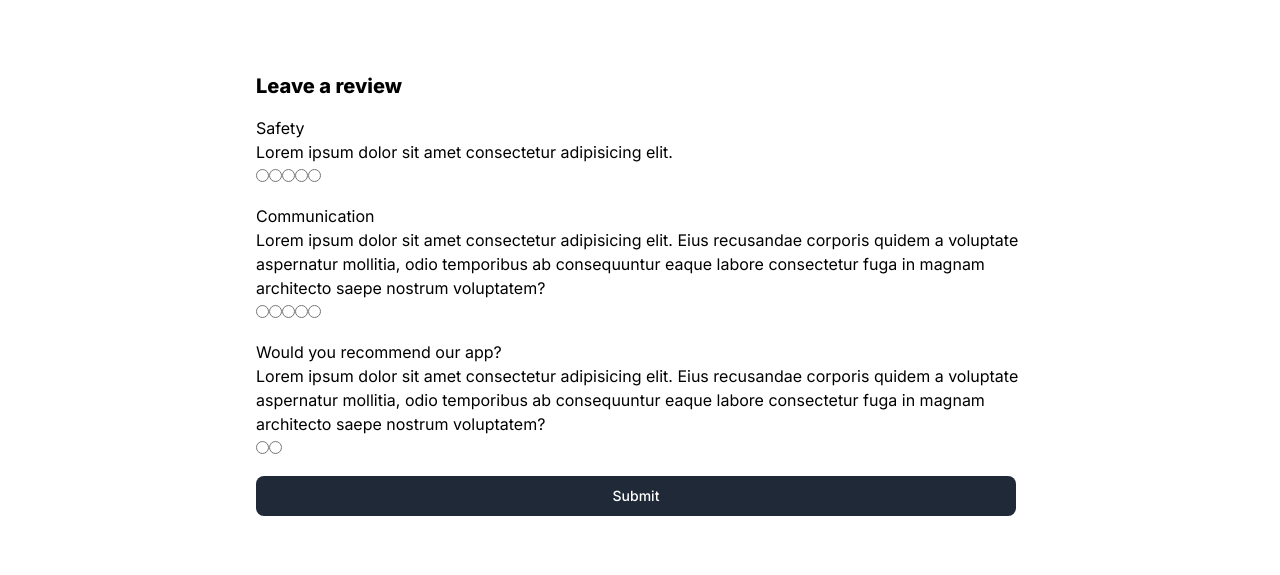
Repository: akankshaajoshi/review-form
Page: /review
These files come from the project's save history. The page is drawn as it stood at one moment and after the next save; the edit follows.
The browser window is 1280 px wide. The pictures show the whole page.
The project was rebuilt for these pictures with package versions that can differ from the ones it lists, and the page was loaded fresh each time. The framework's server and built-in components were replaced by stand-ins that run in the browser. Also part of the build but not shown: next.config.mjs.

Above is the page before, as saved 2024-05-25 12:33:01.

### app/(routes)/review/page.tsx
'use client'
import { useFormState, useFormStatus } from "react-dom";
import {createReview} from "@/app/actions"

const initialState = {
    message: null,
}

function SubmitButton(){
    const {pending} = useFormStatus();
    return (
        <button type="submit" className="text-white bg-gray-800 hover:bg-gray-900 focus:outline-none focus:ring-4 focus:ring-gray-300 font-medium rounded-lg text-sm px-5 py-2.5 me-2 mb-2 dark:bg-gray-800 dark:hover:bg-gray-700 dark:focus:ring-gray-700 dark:border-gray-700" aria-disabled={pending}>
            Submit
        </button>
    )
}

export default function Review(){
    const ratings = [1, 2, 3, 4, 5];
    const [state, formAction] = useFormState(createReview, initialState);
    return (
        <div className="flex flex-col items-center w-[100vw] h-[100vh]">
            <div className="flex flex-col gap-y-4 items-left mt-[10vh] h-[80vh] w-[60vw]">
            <h2 className="text-xl font-extrabold">Leave a review</h2>
            {state?.message}
            <form action={formAction} className="flex flex-col gap-y-4">
                <fieldset>
                    <label htmlFor="safety">Safety</label>
                    <p>Lorem ipsum dolor sit amet consectetur adipisicing elit. </p>
                    {ratings.map((item, index) =>{
                        return (
                            <input key={index} type="radio" name="safety" id={item.toString()} value={item}/>
                        )
                    })}
                </fieldset>
                <fieldset>
                    <label htmlFor="communication">Communication</label>
                    <p>Lorem ipsum dolor sit amet consectetur adipisicing elit. Eius recusandae corporis quidem a voluptate aspernatur mollitia, odio temporibus ab consequuntur eaque labore consectetur fuga in magnam architecto saepe nostrum voluptatem?</p>
                    {ratings.map((item, index) =>{
                        return (
                            <input key={index} type="radio" name="communication" id={item.toString()} value={item}/>
                        )
                    })}
                </fieldset>
                <fieldset>
                    <label htmlFor="recommend">Would you recommend our app? </label>
                    <p>Lorem ipsum dolor sit amet consectetur adipisicing elit. Eius recusandae corporis quidem a voluptate aspernatur mollitia, odio temporibus ab consequuntur eaque labore consectetur fuga in magnam architecto saepe nostrum voluptatem?</p>
                    <input type="radio" name="recommend" id="true" value="true" />
                    <input type="radio" name="recommend" id="false" value="false"/>
                </fieldset>
                <SubmitButton/>
            </form>
            </div>
        </div>
    )
}

### app/actions.tsx
'use server'

import {revalidatePath} from "next/cache";
import {sql} from "@vercel/postgres"
import {z} from 'zod'
// CREATE TABLE reviews (
//     id SERIAL PRIMARY KEY,
//      safety INTEGER NOT NULL,
//     communication INTEGER NOT NULL,
//      recommend VARCHAR(5) NOT NULL );
export async function createReview(prevState: {message: string}, formData: FormData){

    const schema = z.object({
        safety: z.number(),
        communication: z.number(),
        recommend: z.string(),
    })
    const parse = schema.safeParse({
        safety: Number(formData.get('safety')),
        communication: Number(formData.get('communication')),
        recommend: formData.get('recommend'),
    })

    if (!parse.success) {
        console.log("incorrect parse")
        return { message: "Failed to create todo" };
      }

    const data = parse.data

    try{
        await sql`
        INSERT INTO reviews(safety, communication, recommend) VALUES (${data.safety}, ${data.communication}, ${data.recommend})
        `
        // revalidatePath('/reviews/' )
        return {message: `Added review successfully.`}
    }catch(err){
        console.log(err)
        return {message: `Failed to add review.`}
    }
}

Loaded but not shown: app/layout.tsx (common file); app/globals.css (common file); tailwind.config.ts (common file)

After the next save:
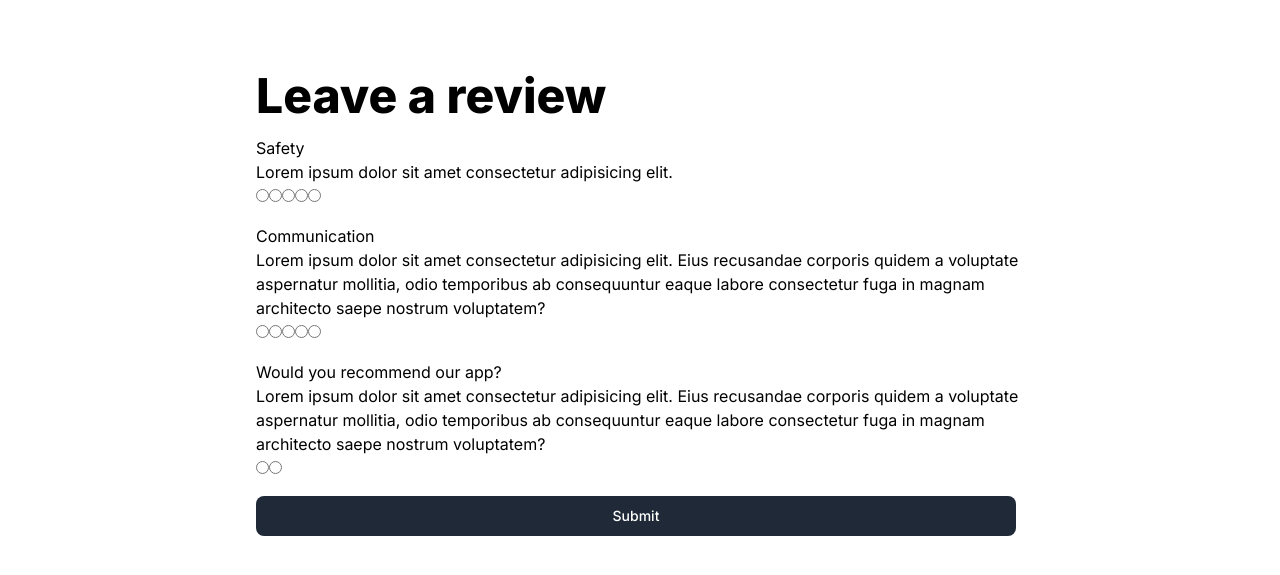
Saved 24 s later.
--- a/app/(routes)/review/page.tsx
+++ b/app/(routes)/review/page.tsx
@@ -21,7 +21,7 @@ export default function Review(){
     return (
         <div className="flex flex-col items-center w-[100vw] h-[100vh]">
             <div className="flex flex-col gap-y-4 items-left mt-[10vh] h-[80vh] w-[60vw]">
-            <h2 className="text-xl font-extrabold">Leave a review</h2>
+            <h2 className="text-5xl font-extrabold">Leave a review</h2>
             {state?.message}
             <form action={formAction} className="flex flex-col gap-y-4">
                 <fieldset>
